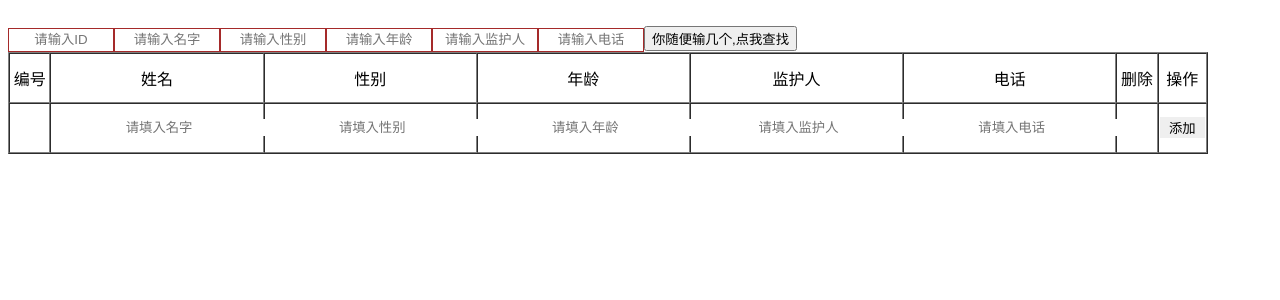
Repository: zhangweihang/management_system
Page: http://localhost/ItsTimeToShow/all
The author's editor kept a copy of each file at every save. The page is drawn from the files as they stood at one save, then again after the next save.
The browser window is 1280 px wide. The pictures show the whole page.
The page is served by Tomcat 9. Other server files are loaded and not shown. Queries for data that is not in the repository find no rows.

Above is the page before, as saved 2017-09-29 12:51:32.

### ItsTimeToShow/WebContent/all.jsp
<%@page import="java.util.ArrayList"%>
<%@page import="com.ihtc.manage_child.Child"%>
<%@ page language="java" contentType="text/html; charset=utf-8"
    pageEncoding="utf-8"%>
<%@taglib uri="http://java.sun.com/jsp/jstl/core" prefix="c"%>
<!DOCTYPE html PUBLIC "-//W3C//DTD HTML 4.01 Transitional//EN" "http://www.w3.org/TR/html4/loose.dtd">
<html>
<head>
<meta http-equiv="Content-Type" content="text/html; charset=utf-8">
<title>Insert title here</title>

<style>
	input{
		border:none;
		text-align: center;
		width:100%;
		height:100%;
	}
	.haha1{
		border:1px solid brown;
		text-align: center;
		width:100px;
		height:20px;
	}
	#haha2{
		border:1px solid red;
		text-align: center;
		width:50px;
		height:20px;
	}
	.red{
		background-color: red;
	}
	tr{
	height:50px;
	}
</style>

<script>

	function searc() {

		var trs = document.getElementsByTagName("tr");
		var str = document.getElementByClassName("haha1");
		var first = document.getElementsByClassName("first");
		var second = document.getElementsByClassName("second");
		var third = document.getElementsByClassName("third");
		var fourth = document.getElementsByClassName("fourth");
		var fifth = document.getElementsByClassName("fifth");
		var sixth = document.getElementsByClassName("sixth");
		var fs = new Array(first,second,third,fourth,fifth,sixth);
		var arr = new Array();
		for(var i = 0;i<str.length;i++){

			if(str[i].value == "" || str[i].value.equals(null)){

			}else{
				arr[arr.length] = i;
			}

		}

		for(var i = 1;i<trs.length-1;i++){
			var bool = true;

			for(var j = 0;j<arr.length;j++){

				if(str[arr[j]].value != fs[arr[j]][i].value){
					bool = false;
					break;
				}

			}

			if(bool){

				trs[i].setAttribute("class","red");

			}
			else{
				trs[i].setAttribute("class","");
			}

		}

	}

</script>

</head>
<body>

	<table border="1px" cellspacing="0" style="width:1200px;text-align:center;">

		<br/>
		<!-- <form action="search" method="get"> -->
			<input type="text" placeholder="请输入ID" class="haha1" />
			<input type="text" placeholder="请输入名字" class="haha1" />
			<input type="text" placeholder="请输入性别" class="haha1" />
			<input type="text" placeholder="请输入年龄" class="haha1" />
			<input type="text" placeholder="请输入监护人" class="haha1" />
			<input type="text" placeholder="请输入电话" class="haha1" />
			<button onclick=searc()>你随便输几个,点我查找</button>
		<!-- </form> -->
		<br/>

		<tr>
			<td>编号</td>
			<td>姓名</td>
			<td>性别</td>
			<td>年龄</td>
			<td>监护人</td>
			<td>电话</td>
			<td>删除</td>
			<td>操作</td>
		</tr>

		<c:forEach items="${myList}" var="l">
			<form action="fup" method="get">
				<tr>
					<td><input type="text" value="${l.id}" name="fid" class="first" /></td>
					<td><input type="text" value="${l.name}" name="fname" class="second" /></td>
					<td><input type="text" value="${l.sex}" name="fsex" class="third" /></td>
					<td><input type="text" value="${l.age}" name="fage" class="fourth" /></td>
					<td><input type="text" value="${l.parent.name}" name="f_name" class="fifth" /></td>
					<td><input type="text" value="${l.parent.tel}" name="ftel" class="sixth" /></td>
					<td><a href="dell?id=${l.id}" onclick="return confirm()">删除</a></td>
					<td><input type="submit" value="修改" /></td>
				</tr>
			</form>
		</c:forEach>

		<form action="fadd" method="get">
				<tr>
					<td></td>
					<td><input type="text" placeholder="请填入名字" name="faddname" /></td>
					<td><input type="text" placeholder="请填入性别" name="faddsex" /></td>
					<td><input type="text" placeholder="请填入年龄" name="faddage" /></td>
					<td><input type="text" placeholder="请填入监护人" name="fadd_name" /></td>
					<td><input type="text" placeholder="请填入电话" name="faddtel" /></td>
					<td></td>
					<td><input type="submit" value="添加" /></td>
				</tr>
		</form>

	</table>

</body>
</html>

### ItsTimeToShow/src/com/ihtc/manage_child/MyAll.java
package com.ihtc.manage_child;

import java.io.IOException;
import java.sql.SQLException;
import java.util.ArrayList;

import javax.servlet.ServletException;
import javax.servlet.http.HttpServlet;
import javax.servlet.http.HttpServletRequest;
import javax.servlet.http.HttpServletResponse;

public class MyAll extends HttpServlet{

	/**
	 *
	 */
	private static final long serialVersionUID = 1L;

	@Override
	protected void doGet(HttpServletRequest req, HttpServletResponse resp) throws ServletException, IOException {

		ArrayList<Child> children = null;
		try {
			children = new ChildDAO().findAll();
		} catch (SQLException e1) {

			e1.printStackTrace();
		}

		if(children != null && children.size()>0){

			req.getSession().setAttribute("myList", children);
			req.getRequestDispatcher("all.jsp").forward(req, resp);

		}
		else{
			req.getRequestDispatcher("all.jsp").forward(req, resp);
		}

	}

	@Override
	protected void doPost(HttpServletRequest req, HttpServletResponse resp) throws ServletException, IOException {
		super.doPost(req, resp);
	}

}

### ItsTimeToShow/src/com/ihtc/manage_child/MyDAO.java
package com.ihtc.manage_child;

import java.sql.SQLException;
import java.util.List;

public interface MyDAO<T,I> {

	boolean save(T entity) throws SQLException;
	boolean update(T entity) throws SQLException;
	boolean delete(I id) throws SQLException;
	T findById(I id) throws SQLException;
	List<T> findAll() throws SQLException;

}

### ItsTimeToShow/src/com/ihtc/manage_child/ChildDAO.java
package com.ihtc.manage_child;

import java.sql.Connection;
import java.sql.PreparedStatement;
import java.sql.ResultSet;
import java.sql.SQLException;
import java.sql.Statement;
import java.util.ArrayList;

public class ChildDAO implements MyDAO<Child,Integer>{

	private static final String SAVE = "insert into children values(null,?,?,?,?,?)";

	@Override
	public boolean save(Child entity) throws SQLException {

		if(entity.getName() == null || entity.getName().equals("") || entity.getParent() == null ||
				entity.getParent().getName() == null || entity.getParent().getName().equals("") ||
				entity.getParent().getTel() == null || entity.getParent().getTel().equals("")){

				return false;

		}

		Connection con = DBUtil.getCon();
		PreparedStatement psm = con.prepareStatement(SAVE,Statement.RETURN_GENERATED_KEYS);

		psm.setString(1, entity.getName());
		psm.setString(2, entity.getSex());
		psm.setInt(3, entity.getAge());
		psm.setString(4, entity.getParent().getName());
		psm.setString(5, entity.getParent().getTel());
		int times = psm.executeUpdate();

		if (psm != null) {
			psm.close();
		}

		DBUtil.close();

		if(times > 0){
			return true;
		}

		return false;

	}

	@Override
	public boolean update(Child entity) throws SQLException {

		if(entity.getName() == null || entity.getName().equals("") || entity.getParent() == null ||
				entity.getParent().getName() == null || entity.getParent().getName().equals("") ||
				entity.getParent().getTel() == null || entity.getParent().getTel().equals("")){

				return false;

		}

		Connection con = DBUtil.getCon();
		Statement smt = con.createStatement();

		int times = smt.executeUpdate("update children set name ='"+entity.getName()+
				"',sex='"+entity.getSex()+"',age="+entity.getAge()+",p_name='"+
				entity.getParent().getName()+"',tel='"+entity.getParent().getTel()+
				"' where id="+entity.getId());

		if(smt != null){
			smt.close();
		}

		DBUtil.close();

		if(times > 0){
			return true;
		}

		return false;

	}

	@Override
	public boolean delete(Integer id) throws SQLException {

		Connection con = DBUtil.getCon();
		Statement smt = con.createStatement();
		int times = smt.executeUpdate("delete from children where id = "+id);

		if(smt != null){
			smt.close();
		}
		DBUtil.close();

		if(times>0){
			return true;
		}

		return false;

	}

	@Override
	public Child findById(Integer id) throws SQLException {

		Connection con = DBUtil.getCon();
		Statement smt = con.createStatement();
		ResultSet rs = smt.executeQuery("select * from children where id = "+id);
		Child child = null;

		if(rs.next()){
			child = new Child(rs.getInt("id"),rs.getString("name"),rs.getString("sex"),
					rs.getInt("age"),new Parent(rs.getString("p_name"),rs.getString("tel")));

		}

		if(smt != null){
			smt.close();
		}
		DBUtil.close();

		return child;

	}

	@Override
	public ArrayList<Child> findAll() throws SQLException {

		Connection con = DBUtil.getCon();
		Statement smt = con.createStatement();
		ResultSet rs = smt.executeQuery("select * from children");
		ArrayList<Child> children = new ArrayList<>();
		Child child = null;

		while(rs.next()){

			child = new Child(rs.getInt("id"),rs.getString("name"),rs.getString("sex"),
					rs.getInt("age"),new Parent(rs.getString("p_name"),rs.getString("tel")));
			children.add(child);

		}

		if(smt != null){
			smt.close();
		}
		DBUtil.close();
		return children;

	}

}

### ItsTimeToShow/src/com/ihtc/manage_child/DBUtil.java
package com.ihtc.manage_child;

import java.sql.Connection;
import java.sql.DriverManager;
import java.sql.SQLException;

public class DBUtil {

	private static Connection con = null;

	public static Connection getCon(){

		try {

			Class.forName("com.mysql.jdbc.Driver");
			con = DriverManager.getConnection("jdbc:mysql://localhost:3306/child","root","123456");

		} catch (ClassNotFoundException | SQLException e) {
			e.printStackTrace();
		}

		return con;

	}

	public static void close(){

		if(con != null){
			try {
				con.close();
			} catch (SQLException e) {
				e.printStackTrace();
			}
		}

	}

}

After the next save:
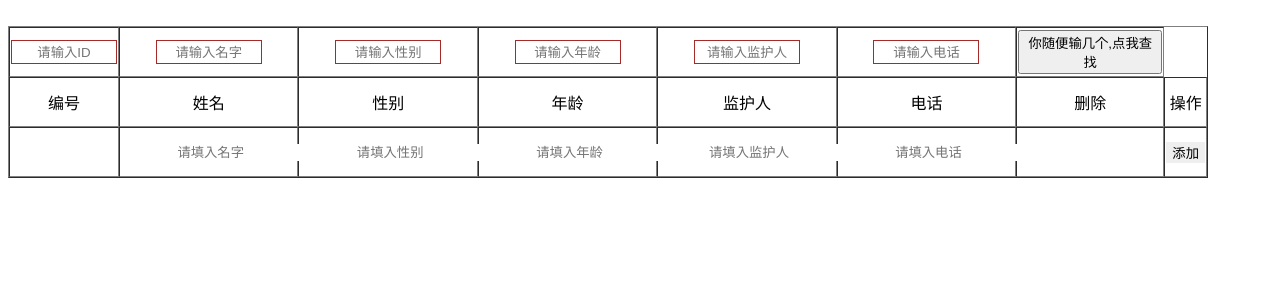
Saved 29 s later.
--- a/ItsTimeToShow/WebContent/all.jsp
+++ b/ItsTimeToShow/WebContent/all.jsp
@@ -94,13 +94,13 @@
 
 		<br/>
 		<!-- <form action="search" method="get"> -->
-			<input type="text" placeholder="请输入ID" class="haha1" />
-			<input type="text" placeholder="请输入名字" class="haha1" />
-			<input type="text" placeholder="请输入性别" class="haha1" />
-			<input type="text" placeholder="请输入年龄" class="haha1" />
-			<input type="text" placeholder="请输入监护人" class="haha1" />
-			<input type="text" placeholder="请输入电话" class="haha1" />
-			<button onclick=searc()>你随便输几个,点我查找</button>
+			<td><input type="text" placeholder="请输入ID" class="haha1" /></td>
+			<td><input type="text" placeholder="请输入名字" class="haha1" /></td>
+			<td><input type="text" placeholder="请输入性别" class="haha1" /></td>
+			<td><input type="text" placeholder="请输入年龄" class="haha1" /></td>
+			<td><input type="text" placeholder="请输入监护人" class="haha1" /></td>
+			<td><input type="text" placeholder="请输入电话" class="haha1" /></td>
+			<td><button onclick=searc()>你随便输几个,点我查找</button>
 		<!-- </form> -->
 		<br/>
 
